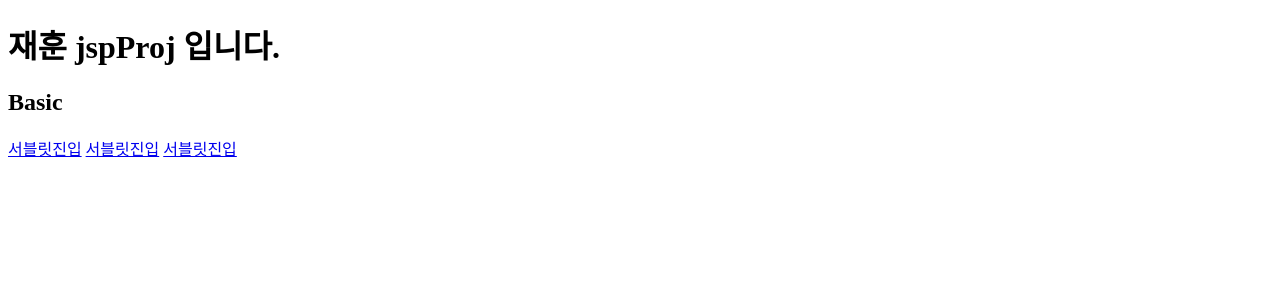
Repository: Jhoon0211/java_work
Page: http://localhost/jspProj/
The author's editor kept a copy of each file at every save. The page is drawn from the files as they stood at one save, then again after the next save.
The browser window is 1280 px wide. The pictures show the whole page.
The page is served by Tomcat 9. Nobody is signed in. The application's start-up code is not run. Other server files are loaded and not shown.

Above is the page before, as saved 2023-07-25 08:42:07.

### jspProj/src/main/webapp/index.jsp
<%@ page language="java" contentType="text/html; charset=UTF-8"
    pageEncoding="UTF-8"%>
<!DOCTYPE html>
<html>
<head>
<meta charset="UTF-8">
<title>재훈 jspProj 입니다.</title>
</head>
<body>
<h1>재훈 jspProj 입니다.</h1>
<h2>Basic</h2>


<a href="basic/First">서블릿진입</a>
<a href="basic/03_third.jsp">서블릿진입</a>
<a href="basic/04_page.jsp">서블릿진입</a>
</body>
</html>

After the next save:
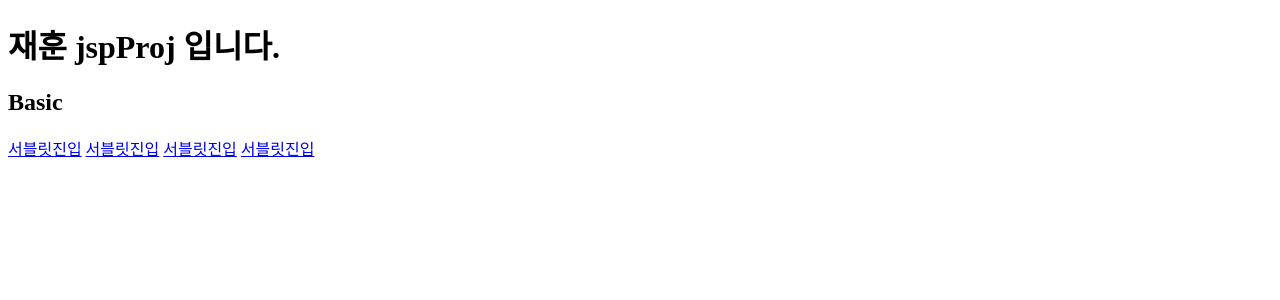
Saved 14 s later.
--- a/jspProj/src/main/webapp/index.jsp
+++ b/jspProj/src/main/webapp/index.jsp
@@ -14,5 +14,6 @@
 <a href="basic/First">서블릿진입</a>
 <a href="basic/03_third.jsp">서블릿진입</a>
 <a href="basic/04_page.jsp">서블릿진입</a>
+<a href="basic/05_config.jsp">서블릿진입</a>
 </body>
 </html>
